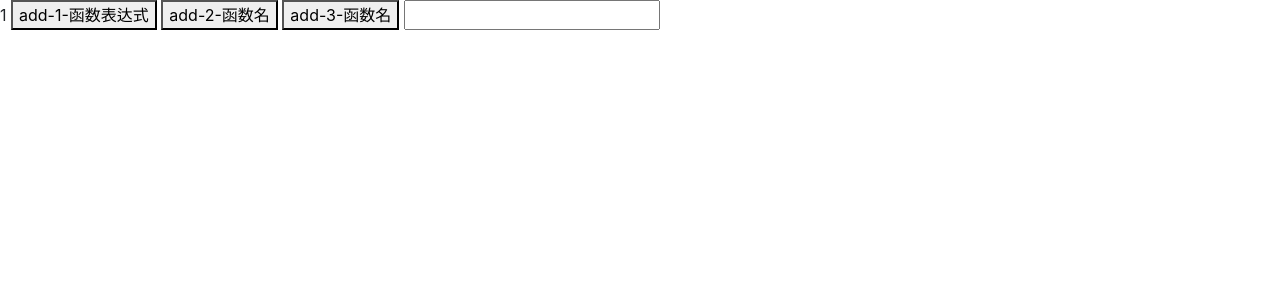
Repository: zenghao518518/Vue
Page: 5-事件处理器/01-事件处理.html
The author's editor kept a copy of each file at every save. The page is drawn from the files as they stood at one save, then again after the next save.
The browser window is 1280 px wide. The pictures show the whole page.

Above is the page before, as saved 2023-08-15 17:35:30.

After the next save:
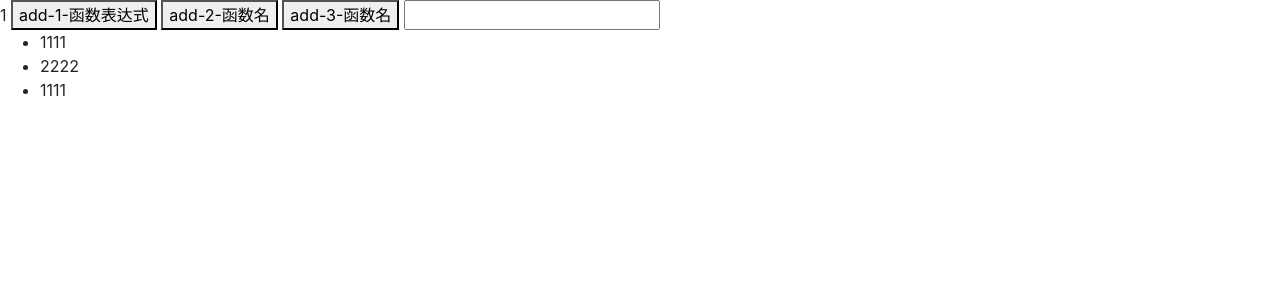
Saved 102 s later.
--- a/5-事件处理器/01-事件处理.html
+++ b/5-事件处理器/01-事件处理.html
@@ -21,6 +21,11 @@
 
        <input type="text" @input="handleInput"/>
        <!-- 事件修饰符 -->
+       <ul @click="handleUIClick">
+        <li @click="handleLiClick">1111</li>
+        <li>2222</li>
+        <li>1111</li>
+       </ul>
 
     </div>
 
